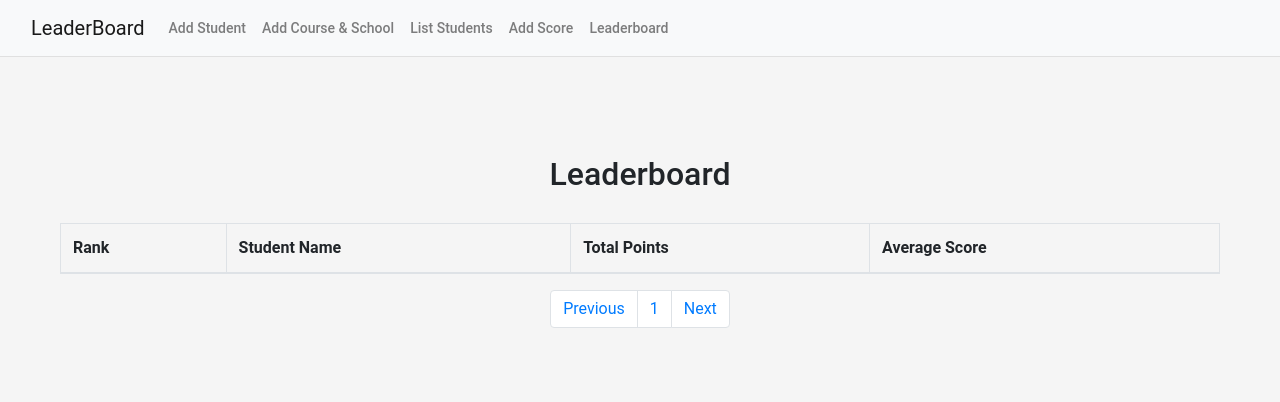
Repository: bigbodhiacademy/gBoard
Page: http://localhost/leaderboard.php?page=0
The author's editor kept a copy of each file at every save. The page is drawn from the files as they stood at one save, then again after the next save.
The browser window is 1280 px wide. The pictures show the whole page.
The page is run by PHP 8.4 with error messages shown; the project is at /var/www/html/. The database holds what the project's SQL file puts in it.

Above is the page before, as saved 2023-04-21 22:03:08.
Not found: scripts.js

After the next save:
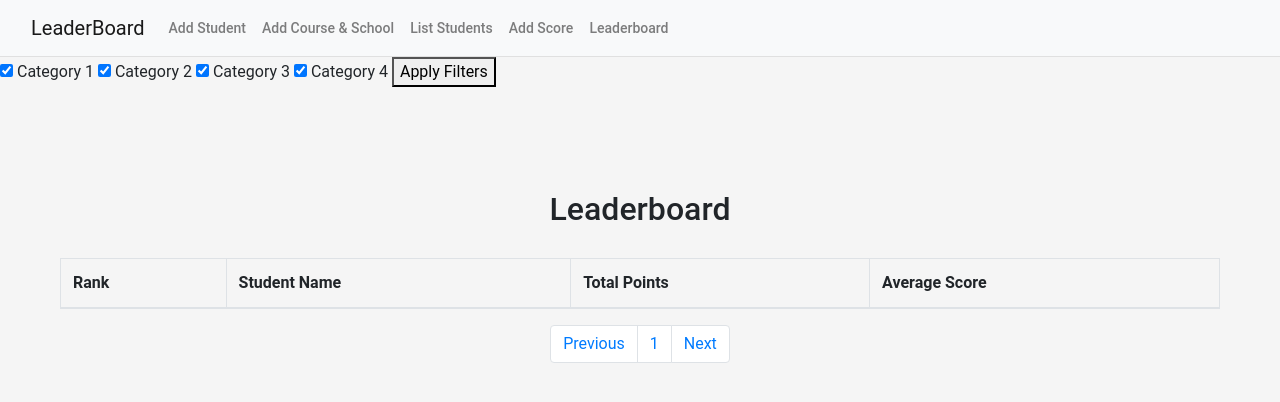
Saved 3 min 48 s later.
--- a/leaderboard.php
+++ b/leaderboard.php
@@ -8,6 +8,22 @@
 ?>
 <?php include 'header.php'; ?>
 
+<!-- Add this above the leaderboard table -->
+<form id="leaderboard-filter-form">
+    <label>
+        <input type="checkbox" name="categories[]" value="category1" checked> Category 1
+    </label>
+    <label>
+        <input type="checkbox" name="categories[]" value="category2" checked> Category 2
+    </label>
+    <label>
+        <input type="checkbox" name="categories[]" value="category3" checked> Category 3
+    </label>
+    <label>
+        <input type="checkbox" name="categories[]" value="category4" checked> Category 4
+    </label>
+    <button type="submit">Apply Filters</button>
+</form>
 
 <div class="container mt-5">
     <h2 class="text-center">Leaderboard</h2>
